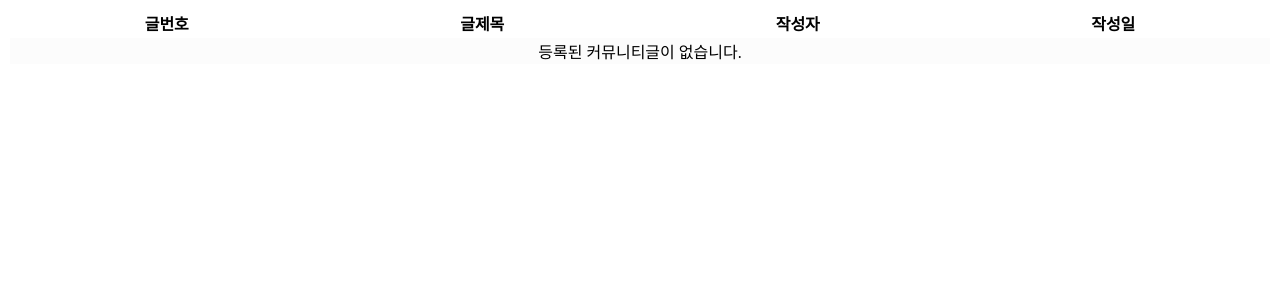
Repository: javadogfoot/semi-project
Page: http://localhost/tomato/admin/communityKeywordFind_ok.jsp
These files come from the project's save history. The page is drawn as it stood at one moment and after the next save; the edit follows.
The browser window is 1280 px wide. The pictures show the whole page.
The page is served by Tomcat 9. Queries for data that is not in the repository find no rows.

Above is the page before, as saved 2021-10-18 18:02:33.

After the next save:
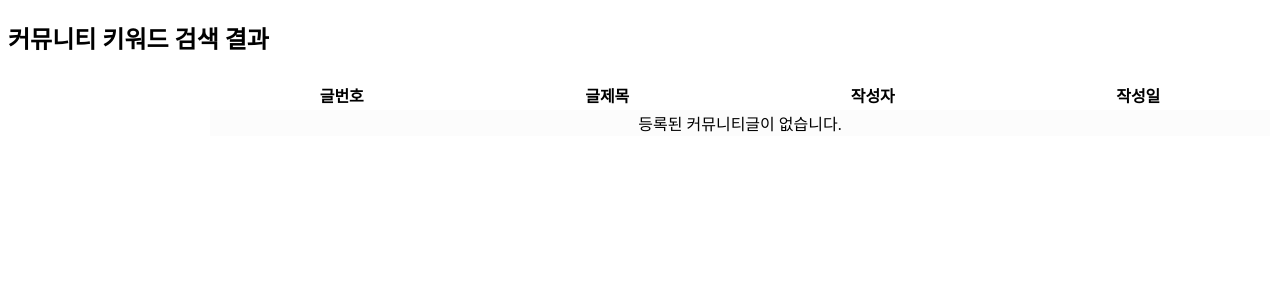
Saved 91 s later.
--- a/semi프로젝트워크스페이스/tomato/src/main/webapp/admin/communityKeywordFind_ok.jsp
+++ b/semi프로젝트워크스페이스/tomato/src/main/webapp/admin/communityKeywordFind_ok.jsp
@@ -87,7 +87,9 @@ form {
 </head>
 <body>
 <section>
-            <table class="table table-striped table-hover">
+<article>
+<h2>커뮤니티 키워드 검색 결과</h2>
+ <table class="table table-striped table-hover" style="margin-left:200px; margin-top:25px;">
          <thead>
             <tr>
                <th>글번호</th>
